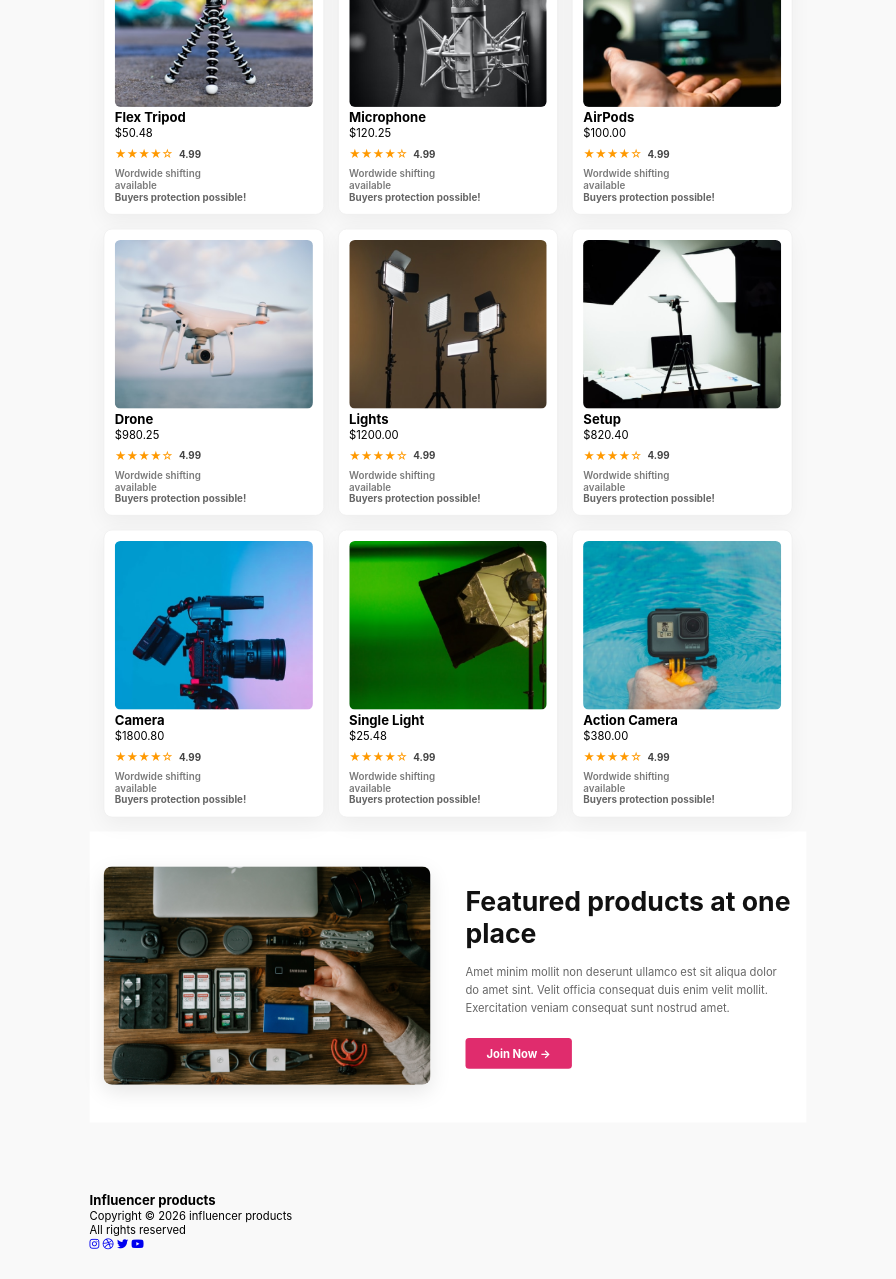
Repository: Saiful21Islam/Influencer-products
Page: it.html
The author's editor kept a copy of each file at every save. The page is drawn from the files as they stood at one save, then again after a run of saves.
The browser window is 1280 px wide. The pictures show the part of the page from y = 1124 to 3044 px (the page is 2951 px tall before and 3044 px after), at 70% of full size.

Above is the page before, as saved 2026-03-11 11:47:22.

After the next 2 saves:
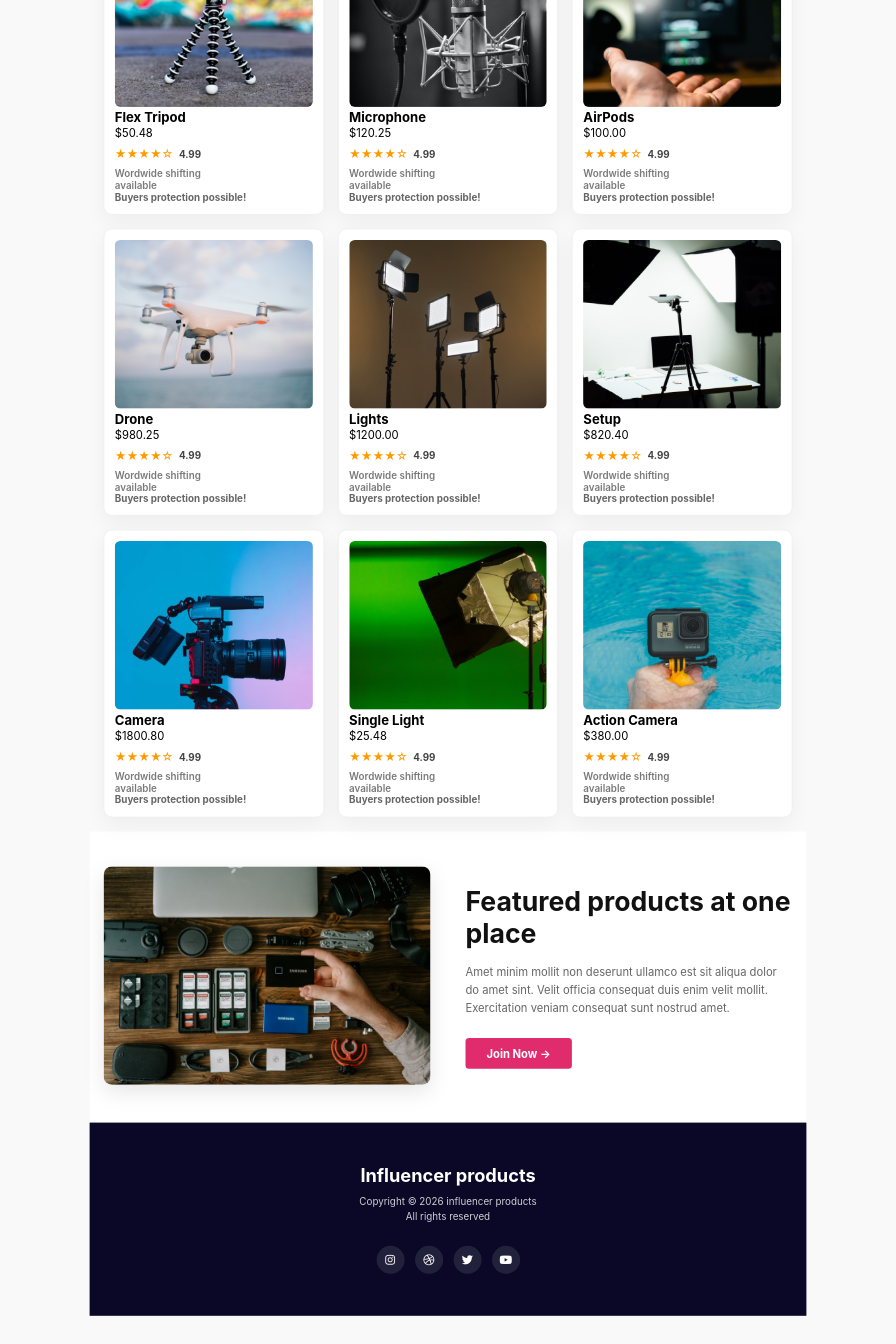
The 2 saves are shown as one change because they came seconds apart.
The last was saved 108 s later.
--- a/it.html
+++ b/it.html
@@ -275,18 +275,27 @@
     </div>
 </section>
 
-    <section style="padding: 50px 0;">
-    </section>
-
-<footer class="footer-area">
-    <h3>Influencer products</h3>
-    <p>Copyright © 2026 influencer products <br> All rights reserved</p>
-
-    <div class="social-links">
-        <a href="#"><i class="fa-brands fa-instagram"></i></a>
-        <a href="#"><i class="fa-brands fa-dribbble"></i></a>
-        <a href="#"><i class="fa-brands fa-twitter"></i></a>
-        <a href="#"><i class="fa-brands fa-youtube"></i></a>
+    <footer style="background-color: #0A0826; color: white; text-align: center; padding: 60px 20px; font-family: sans-serif; width: 100%; box-sizing: border-box;">
+
+    <h3 style="margin: 0 0 10px 0; font-size: 26px; font-weight: bold;">Influencer products</h3>
+
+    <p style="margin: 0 0 30px 0; font-size: 14px; opacity: 0.8; line-height: 1.6;">
+        Copyright © 2026 influencer products <br> All rights reserved
+    </p>
+
+    <div style="display: flex; justify-content: center; gap: 15px;">
+        <a href="#" style="color: white; background: rgba(255,255,255,0.1); width: 40px; height: 40px; border-radius: 50%; display: flex; align-items: center; justify-content: center; text-decoration: none;">
+            <i class="fa-brands fa-instagram"></i>
+        </a>
+        <a href="#" style="color: white; background: rgba(255,255,255,0.1); width: 40px; height: 40px; border-radius: 50%; display: flex; align-items: center; justify-content: center; text-decoration: none;">
+            <i class="fa-brands fa-dribbble"></i>
+        </a>
+        <a href="#" style="color: white; background: rgba(255,255,255,0.1); width: 40px; height: 40px; border-radius: 50%; display: flex; align-items: center; justify-content: center; text-decoration: none;">
+            <i class="fa-brands fa-twitter"></i>
+        </a>
+        <a href="#" style="color: white; background: rgba(255,255,255,0.1); width: 40px; height: 40px; border-radius: 50%; display: flex; align-items: center; justify-content: center; text-decoration: none;">
+            <i class="fa-brands fa-youtube"></i>
+        </a>
     </div>
 </footer>
 
